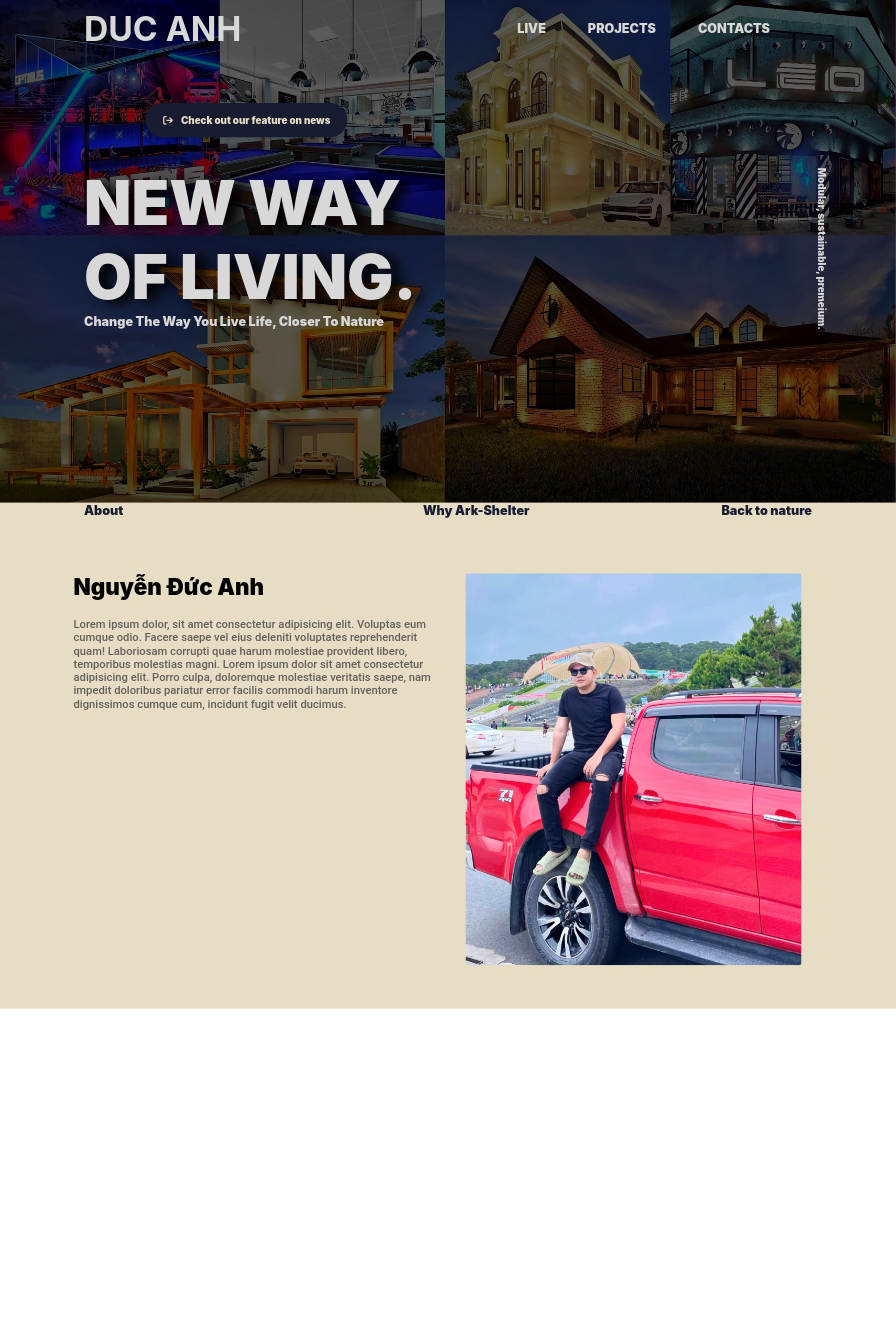
Repository: Ethanxcode/DucAnhNguyen
Page: index.html
These files come from the project's save history. The page is drawn as it stood at one moment and after the next save; the edit follows.
The browser window is 1280 px wide. The pictures show the part of the page from y = 0 to 1920 px (the page is 10000 px tall), at 70% of full size.

Above is the page before, as saved 2023-01-14 02:00:55.

### index.html
<!DOCTYPE html>
<html lang="en">
	<head>
		<meta charset="UTF-8" />
		<meta http-equiv="X-UA-Compatible" content="IE=edge" />
		<meta name="viewport" content="width=device-width, initial-scale=1.0" />
		<link rel="stylesheet" href="./style.css" />
		<link
			rel="stylesheet"
			href="https://cdnjs.cloudflare.com/ajax/libs/font-awesome/6.2.1/css/all.min.css"
		/>
		<!-- <link rel="stylesheet" type="text/css" href="/css/fonts.css" /> -->
		<title>DucAnhNguyen</title>
	</head>
	<body>
		<div id="root">
			<section class="container bgimage header">
				<div
					class="bg-image-holder"
					style="
						background-image: url(./Assets/241194850_2108411145980762_7904081432669109629_n.jpg);
					"
				></div>
				<nav class="navigation content-above">
					<ul class="headerMenu">
						<li>
							<a href=""><h2 class="textLogo">Duc Anh</h2></a>
						</li>
						<li class="subHeaderMenu">
							<ul>
								<li>
									<a href="#" class="inter-black-iron-16px">Live</a>
								</li>
								<li>
									<a href="#" class="inter-black-iron-16px">Projects</a>
								</li>
								<li>
									<a href="#" class="inter-black-iron-16px">Contacts</a>
								</li>
							</ul>
						</li>
					</ul>
				</nav>
				<nav class="heroSubNavigation">
					<button class="btn inter-black-almod-16px" style="margin-left: 88px">
						<i class="icon-margin-8px fa-solid fa-arrow-right-from-bracket"></i>
						Check out our feature on news
					</button>
					<h1 class="heroTitle">
						New way <br />
						of living.
					</h1>
					<p class="inter-black-iron-16px" style="text-transform: capitalize">
						change the way you live life, closer to nature
					</p>
					<p class="childrenSubNav">Modular, sustainable, premeium.</p>
				</nav>
			</section>

			<section class="AboutSection container content-above">
				<header class="HeaderSection">
					<ul class="HeaderSectionMenu">
						<li>
							<h4 class="inter-black-eerie-black-18px">About</h4>
						</li>
						<ul class="subSectionMenu">
							<li>
								<h4 class="inter-black-eerie-black-18px">Why Ark-Shelter</h4>
							</li>
							<li>
								<h4 class="inter-black-eerie-black-18px">Back to nature</h4>
							</li>
						</ul>
					</ul>
				</header>
				<div class="row Aboutcontent">
					<div class="col-half">
						<h1 class="nameTitle">Nguyễn Đức Anh</h1>
						<p class="margin-top-24px inter-medium-tundora-16px">
							Lorem ipsum dolor, sit amet consectetur adipisicing elit. Voluptas
							eum cumque odio. Facere saepe vel eius deleniti voluptates
							reprehenderit quam! Laboriosam corrupti quae harum molestiae
							provident libero, temporibus molestias magni. Lorem ipsum dolor
							sit amet consectetur adipisicing elit. Porro culpa, doloremque
							molestiae veritatis saepe, nam impedit doloribus pariatur error
							facilis commodi harum inventore dignissimos cumque cum, incidunt
							fugit velit ducimus.
						</p>
					</div>
					<div class="col-half">
						<img
							src="./Assets/P1.jpg"
							alt=""
							style="
								height: 560px;
								width: 480px;
								object-fit: cover;
								border-radius: 4px;
								float: right;
							"
						/>
					</div>
				</div>
			</section>
		</div>
	</body>
</html>

### style.css
* {
	padding: 0;
	margin: 0;
	box-sizing: border-box;
}

html {
	height: 10000px;
}

:root {
	--custom-color-one: rgb(32, 45, 99, 01);
	--custom-color-two: rgb(232, 198, 113);
	--black: rgba(0, 0, 0, 1);
	--mirage: rgba(23, 28, 48, 1);
	--eerie-black: rgba(24, 29, 49, 1);
	--tundora-2: rgba(67, 66, 66, 0.8);
	--tundora: rgba(67, 66, 66, 0.8);
	--pablo: rgba(120, 113, 108, 1);
	--iron: rgba(216, 216, 216, 1);
	--almod: rgba(230, 221, 196, 1);

	--font-size-xxxs: 16px;
	--font-size-xxs: 18px;
	--font-size-xs: 22px;
	--font-size-s: 24px;
	--font-size-m: 28px;
	--font-size-l: 32px;
	--font-size-xl: 36px;
	--font-size-xxl: 48px;
	--font-size-xxxl: 128px;

	--font-family-inter: 'Inter';
	--font-family-roboto: 'Roboto';
}

.root {
	max-width: 1920px;
	max-height: 10000px;
}

.col {
	float: left;
	padding-left: 8px;
	padding-right: 8px;
}

.col-third {
	width: 33.33333%;
}

.col-half {
	width: 50%;
}

.col-full {
	width: 100%;
}

.col-sm-12 {
	position: relative;
	width: 100%;
	padding-right: 15px;
	padding-left: 15px;
}

.mt-8 {
	margin-top: 8px;
}

.mt-16 {
	margin-top: 16px;
}

.mt-32 {
	margin-top: 32px;
}

.row {
	display: flex;
	flex-wrap: wrap;
	width: 100%;
	margin-right: -15px;
	margin-left: -15px;
}

.first-sub-row {
	width: 100%;
	/* padding: 0 15px; */
	margin: 0 auto;
	flex: wrap;
	display: flex;
}

.second-sub-row {
	width: 100% !important;
	/* padding: 0 15px; */
	margin: 0 auto;
	justify-content: space-between;
}

/* Classes */
.inter-black-iron-16px {
	color: var(--iron);
	font-family: var(--font-family-inter);
	font-size: var(--font-size-xxs);
	font-weight: 900;
	font-style: normal;
	text-transform: uppercase;
	user-select: none;
}

.inter-black-iron-24px {
	color: var(--iron);
	font-family: var(--font-family-inter);
	font-size: var(--font-size-s);
	font-weight: 900;
	font-style: normal;
	user-select: none;
}

.inter-black-eerie-black-24px {
	color: var(--eerie-black);
	font-family: var(--font-family-inter);
	font-size: var(--font-size-s);
	font-weight: 900;
	font-style: normal;
}
.inter-black-eerie-black-18px {
	color: var(--eerie-black);
	font-family: var(--font-family-inter);
	font-size: 18px;
	font-weight: 900;
	font-style: normal;
}

.inter-black-eerie-black-16px {
	color: var(--eerie-black);
	font-family: var(--font-family-inter);
	font-size: 16px;
	font-weight: 900;
	font-style: normal;
}

.inter-medium-black-24px {
	color: var(--black);
	font-family: var(--font-family-inter);
	font-size: var(--font-size-s);
	font-weight: 500;
	font-style: normal;
}

.inter-medium-black-32px {
	color: var(--black);
	font-family: var(--font-family-inter);
	font-size: var(--font-size-l);
	font-weight: 500;
	font-style: normal;
}

.inter-medium-tundora-28px {
	color: var(--tundora);
	font-family: var(--font-family-roboto);
	font-size: var(--font-size-m);
	font-weight: 500;
	font-style: normal;
}

.inter-medium-tundora-16px {
	color: var(--tundora);
	font-family: var(--font-family-roboto);
	font-size: var(--font-size-xxxs);
	font-weight: 500;
	font-style: normal;
}
.inter-medium-tundora-18px {
	color: var(--tundora);
	font-family: var(--font-family-roboto);
	font-size: var(--font-size-xxs);
	font-weight: 500;
	font-style: normal;
}

.inter-medium-tundora-28px-2 {
	color: var(--tundora-2);
	font-family: var(--font-family-inter);
	font-size: var(--font-size-m);
	font-weight: 500;
	font-style: normal;
}

.inter-medium-tundora-28px-2 {
	color: var(--tundora);
	font-family: var(--font-family-inter);
	font-size: var(--font-size-m);
	font-weight: 500;
	font-style: normal;
}

.btn {
	text-decoration: none;
	padding: 16px 24px;
	margin: 0;
	background-color: var(--mirage);
	color: var(--almod);
	font-weight: 500;
	display: inline-block;
	box-shadow: 0 4px 30px rgb(0 0 0 / 10%);
	transition: 0.3s ease;
	border: none;
	/* position: relative; */
	text-align: center;
	border-radius: 100px;
	font-family: var(--font-family-inter);
	font-size: 14px;
	font-weight: 900;
	font-style: normal;
}
.icon-margin-8px {
	margin-right: 8px;
}
.btn:hover {
	background-color: rgba(11, 16, 41, 0.85);
	color: rgb(233, 200, 117);
	cursor: pointer;
}

.btn:hover:before {
	opacity: 0.07;
	visibility: visible;
}

.btn:hover {
	/* color: #212529; */
	text-decoration: none;
}

.btn--xs {
	line-height: 42px;
	padding: 0 19px;
	font-size: 15px;
	margin: 0px 8px;
}

.btn--news-xs {
	line-height: 36px;
	padding: 6px 20px;
	font-size: 15px;
}

.btn--news-xs > a {
	line-height: 36px;
	/* padding: 4px 16px; */
	font-size: 20px;
	color: #fff;
	font-weight: 400;
}

.news-btn {
	margin-top: 16px;
}

.btn-form--xs {
	line-height: 36px;
	padding: 0 19px;
	font-size: 15px;
}

.btn--lg,
.btn-lg {
	line-height: 55px;
	font-size: 16px;
	min-width: 195px;
}

.heroTitle {
	color: var(--iron);
	font-family: var(--font-family-inter);
	font-size: 88px;
	font-weight: 900;
	letter-spacing: 0;
	line-height: normal;
	margin-top: 40px;
	min-height: 150px;
	text-transform: uppercase;
	/* width: 752px; */
	text-shadow: 14px 4px 16px #000;
	user-select: none;
}

.textLogo {
	text-transform: uppercase;
	color: var(--iron);
	font-family: var(--font-family-inter);
	font-size: var(--font-size-xxl);
	font-weight: 900px;
	letter-spacing: 0;
	line-height: normal;
	/* min-height: 94px; */
	/* min-width: 334px; */
	user-select: none;
}

.container {
	width: 100%;
	padding-right: 120px;
	padding-left: 120px;
	margin-right: auto;
	margin-left: auto;
}

.content-above {
	position: relative;
	z-index: 2;
	user-select: none;
}

.bg-image-holder {
	position: absolute;
	height: 100%;
	width: 100%;
	top: 0;
	left: 0;
	background-size: cover;
	/* background-position: 50% 50% !important; */
	z-index: 0;
	filter: brightness(36%) contrast(100%) saturate(180%);
	box-shadow: inset 0px -36px 100px rgba(0, 0, 0, 0.25);
	-webkit-backdrop-filter: brightness(36%) contrast(100%) saturate(180%);
	/* scale: (5px); */
	/* -webkit-transition: opacity 0.3s linear; */
}

.navigation {
	margin-bottom: 64px;
}

.heroSubNavigation {
	width: 100%;
	position: relative;
}

/* .navigation .subNavigation {
	display: table;
	vertical-align: middle;
	text-align: center;
	width: 100%;
	height: 100%;
} */

.childrenSubNav {
	color: var(--iron);
	font-family: var(--font-family-inter);
	font-size: 14px;
	font-weight: 900;
	position: absolute;
	/* margin-bottom: 61px; */
	margin-right: -130px;
	/* min-height: 27px; */
	/* min-width: 360px; */
	transform: rotate(90deg);
	/* position: relative; */
	right: 0;
	top: 62%;
}

.hero-area .hero-content .content-wrapper {
	display: table-cell;
	vertical-align: middle;
}

.headerMenu {
	align-items: center;
	display: flex;
	justify-content: space-between;
}

.headerMenu > li {
	display: inline-block;
	/* padding: 12px 0; */
	/* margin-right: 30px; */
	list-style: none;
}

a {
	text-decoration: none;
}

li {
	list-style: none;
}

.subHeaderMenu > ul {
	flex-direction: row;
	display: flex;
}

.subHeaderMenu > ul > li {
	list-style: none;
	line-height: 34px;
	margin-right: 60px;
	padding: 24px 0;
}

subHeaderMenu > ul > li > a {
	/* gap: 0.5em; */
	text-decoration: none;
}

.subHeaderMenu > ul > li > a:hover {
	cursor: pointer;
	gap: 0.5em;
	color: var(--pablo);
	/* background-color: #fffd; */
	/* backdrop-filter: blur(10px) saturate(160%) contrast(180%); */
}

.header {
	height: 678px;
}

.AboutSection {
	background-color: var(--almod);
	height: 723px;
	/* position: relative; */
	width: 100%;
}

.margin-top-16px {
	margin-top: 16px;
}
.margin-top-24px {
	margin-top: 24px;
}
.margin-top-32px {
	margin-top: 320px;
}
.margin-top-48px {
	margin-top: 48px;
}
.margin-top-64px {
	margin-top: 64px;
}

.bgimage:before {
	z-index: 1;
}

.AboutSection {
	/* display: flex; */
	/* width: 100%; */
}

.HeaderSection {
}

.HeaderSectionMenu {
	margin-top: 40px;
	align-items: center;
	display: flex;
	justify-content: space-between;
}

.subSectionMenu {
	align-items: center;
	display: flex;

	justify-content: space-around;
}
.subSectionMenu > li:first-child {
	margin-right: 274px;
}

.HeaderSectionMenu > li {
}

.Aboutcontent {
	justify-content: center;
	margin-top: 80px;
}

.nameTitle {
	color: var(--black);
	font-family: var(--font-family-inter);
	font-size: var(--font-size-l);
	font-weight: 900;
	font-style: normal;
}

After the next save:
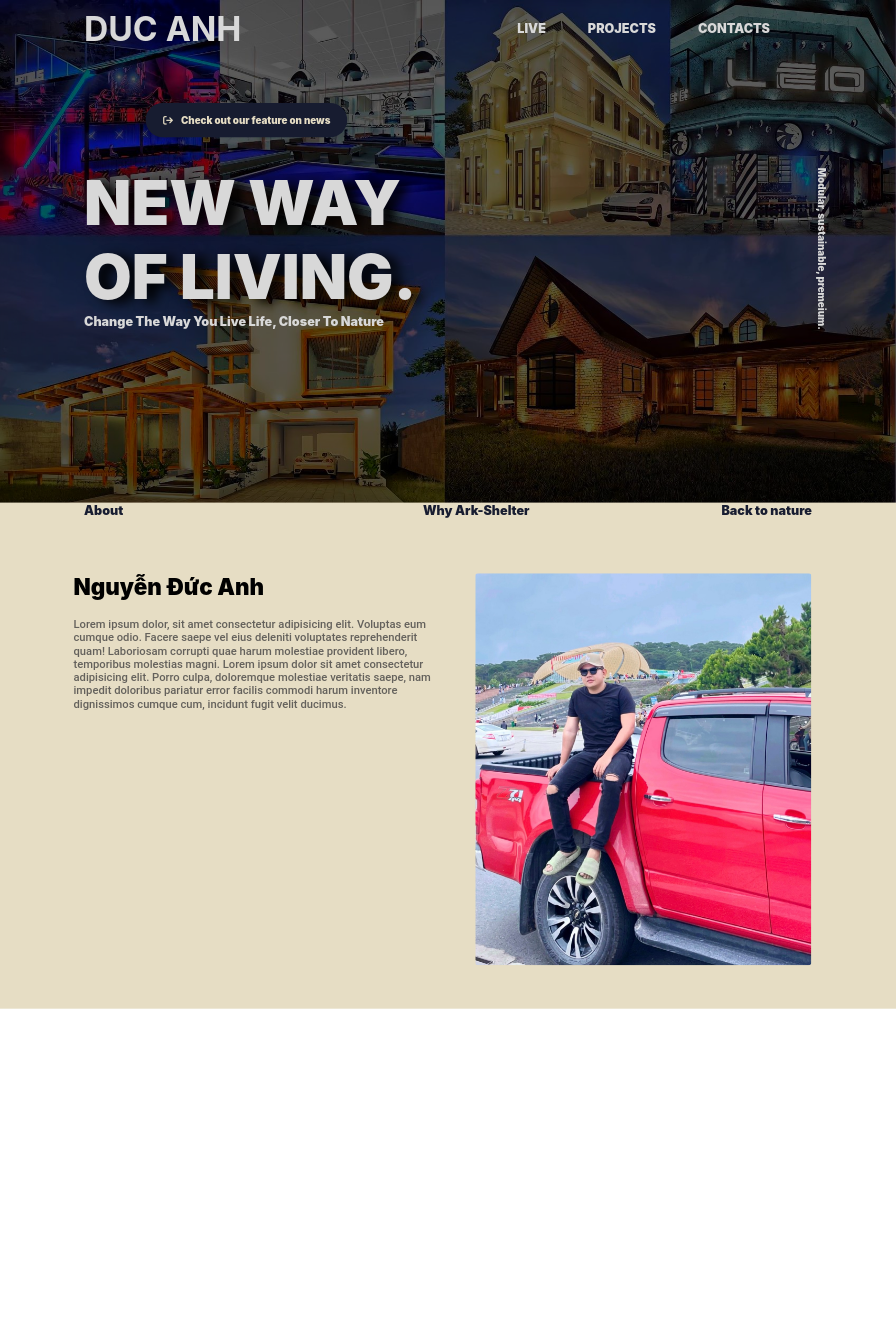
Saved 53 s later.
--- a/index.html
+++ b/index.html
@@ -97,6 +97,7 @@
 								object-fit: cover;
 								border-radius: 4px;
 								float: right;
+								margin-right: -14px;
 							"
 						/>
 					</div>
